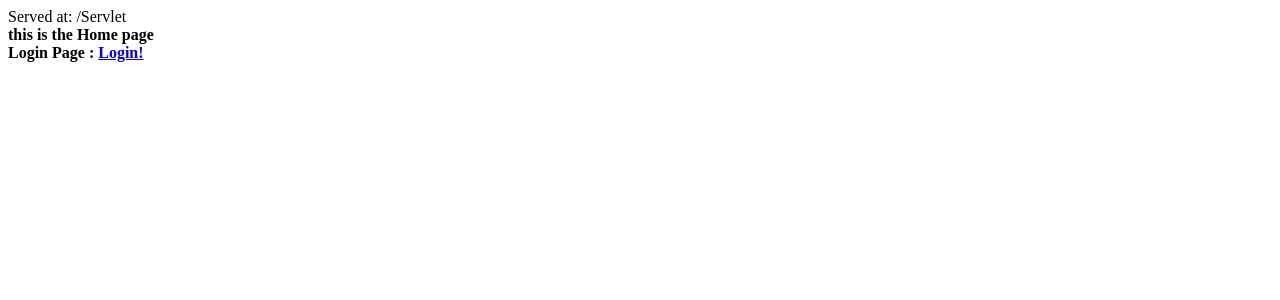
Repository: shivanii10/JavaCoreConcepts
Page: http://localhost/Servlet/LoginPage
An editor plug-in stored every save of this project. The page is shown before and after the next save, followed by the edit.
The browser window is 1280 px wide. The pictures show the whole page.
The page is served by Tomcat 9.

Above is the page before, as saved 2022-03-21 09:26:04.

After the next save:
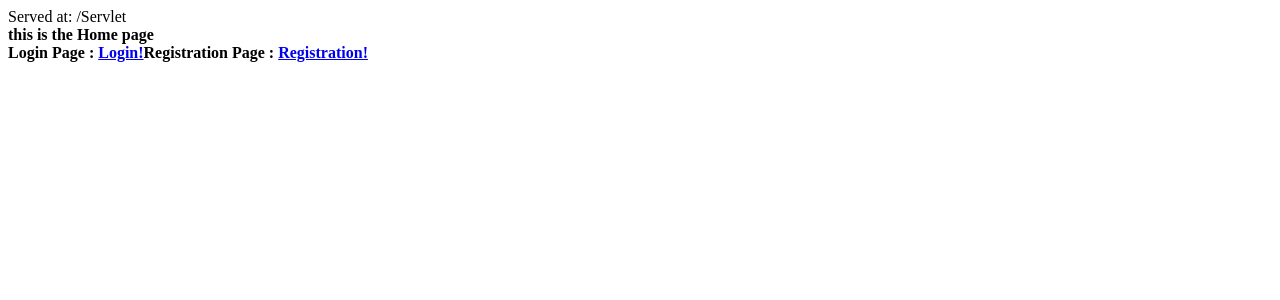
Saved 76 s later.
--- a/Servlet/src/main/java/Servlet/LoginPage.java
+++ b/Servlet/src/main/java/Servlet/LoginPage.java
@@ -34,7 +34,8 @@ public class LoginPage extends HttpServlet {
 		response.setContentType("text/html");
 		out.println("<html><body>");
 		out.println("<b><br> this is the Home page <br>"
-				+ "Login Page :  <a href=\"Index.html\">Login!</a>");
+				+ "Login Page :  <a href=\"Index.html\">Login!</a>"
+				+ "Registration Page :  <a href=\"Registration.html\">Registration!</a>");
 		out.println("</html></body>");
 		out.close();
 	}
